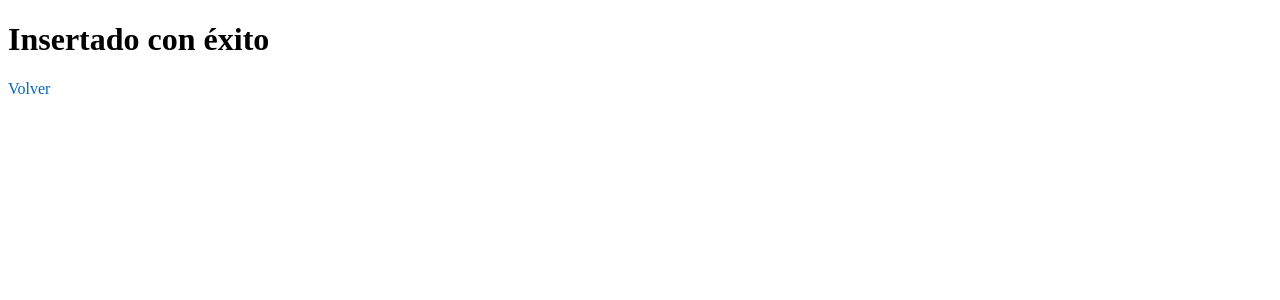
Repository: jluislechado/gestionUsuario
Page: http://localhost/php/insertado.php
The author's editor kept a record of every edit. The page is drawn from the files as they stood at one moment, then again after the next edit.
The browser window is 1280 px wide. The pictures show the whole page.
The page is run by PHP 8.4 with error messages shown; the project is at /var/www/html/.

Above is the page before.

After the next edit:
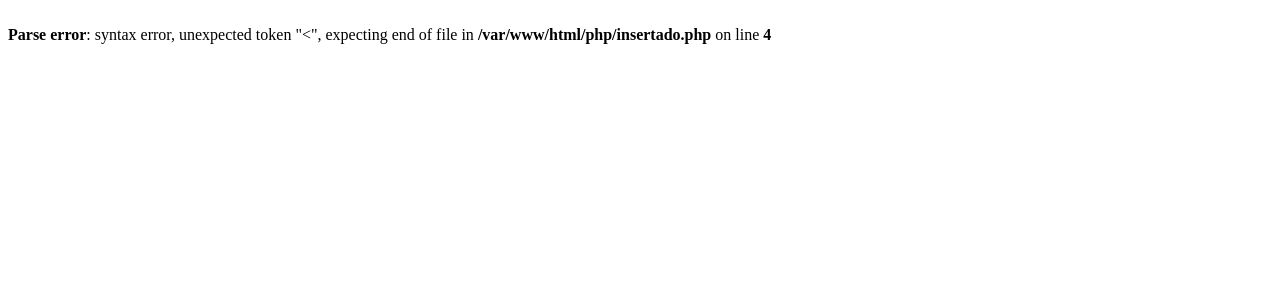
The edit:
--- a/workspace/php/insertado.php
+++ b/workspace/php/insertado.php
@@ -1,3 +1,6 @@
+<?php
+$sesion= new Session();
+$usuario=$sesion->get('_usuario');
 <!DOCTYPE html>
 <html>
     <head>
